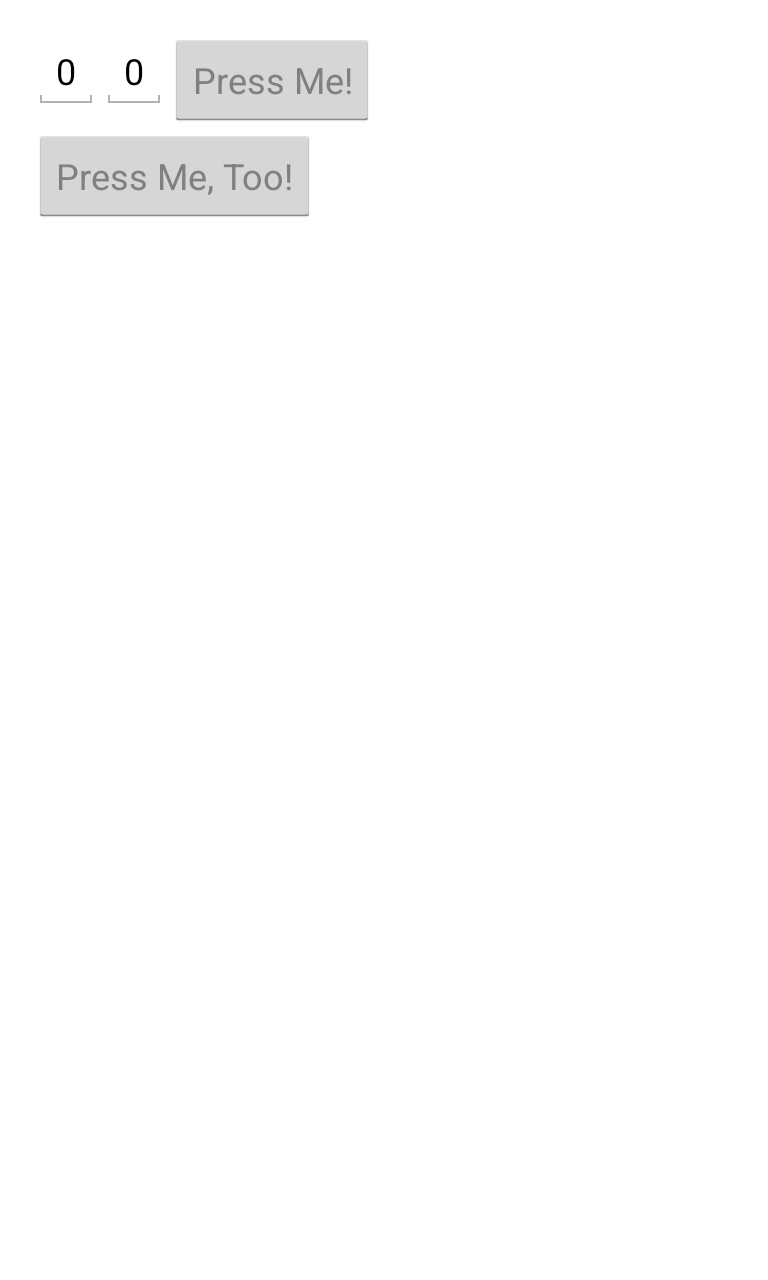
Repository: radupoenaru1992/Model
Layout: PracticalTest01/res/layout/activity_practical_test01_main.xml
An editor plug-in stored every save of this project. The layout is shown before and after the next save, followed by the edit.
It is drawn on a 768 x 1280 px phone screen (xhdpi) without system bars, with theme AppTheme; the app's code is not run.

Above is the layout before, as saved 2015-03-29 17:18:01.

### PracticalTest01/res/layout/activity_practical_test01_main.xml
<LinearLayout xmlns:android="http://schemas.android.com/apk/res/android"
    xmlns:tools="http://schemas.android.com/tools"
    android:layout_width="match_parent"
    android:layout_height="match_parent"
    android:paddingBottom="@dimen/activity_vertical_margin"
    android:paddingLeft="@dimen/activity_horizontal_margin"
    android:paddingRight="@dimen/activity_horizontal_margin"
    android:paddingTop="@dimen/activity_vertical_margin"
    tools:context=".PracticalTest01MainActivity"
    android:orientation="vertical">

    <LinearLayout
        android:layout_width="wrap_content"
    	android:layout_height="wrap_content"
    	android:id="@+id/llaySt"
        >

        <EditText
           android:layout_width="0dp"
           android:layout_height="wrap_content"
           android:id="@+id/etSt"
           android:text="0"
           android:gravity="center"
           android:layout_weight="1"
           />

        <EditText
           android:layout_width="0dp"
           android:layout_height="wrap_content"
           android:id="@+id/etDr"
           android:text="0"
           android:gravity="center"
           android:layout_weight="1"
           />

        <Button
            android:layout_width="wrap_content"
            android:layout_height="wrap_content"
            android:id="@+id/bSt"
            android:hint="Press Me!"
            android:layout_gravity="center"/>

    </LinearLayout>

    <LinearLayout
        android:layout_width="wrap_content"
    	android:layout_height="wrap_content"
    	android:layout_weight="1"
    	android:id="@+id/llayDr"
    	android:orientation="vertical"

        >



        <Button
            android:layout_width="wrap_content"
            android:layout_height="wrap_content"
            android:id="@+id/bDr"
            android:hint="Press Me, Too!"
            android:layout_gravity="center"/>

    </LinearLayout>

</LinearLayout>

Loaded but not shown: PracticalTest01/res/values/styles.xml (common file); PracticalTest01/res/values-v11/styles.xml (common file); PracticalTest01/res/values-v14/styles.xml (common file); PracticalTest01/res/values/dimens.xml (common file)

After the next save:
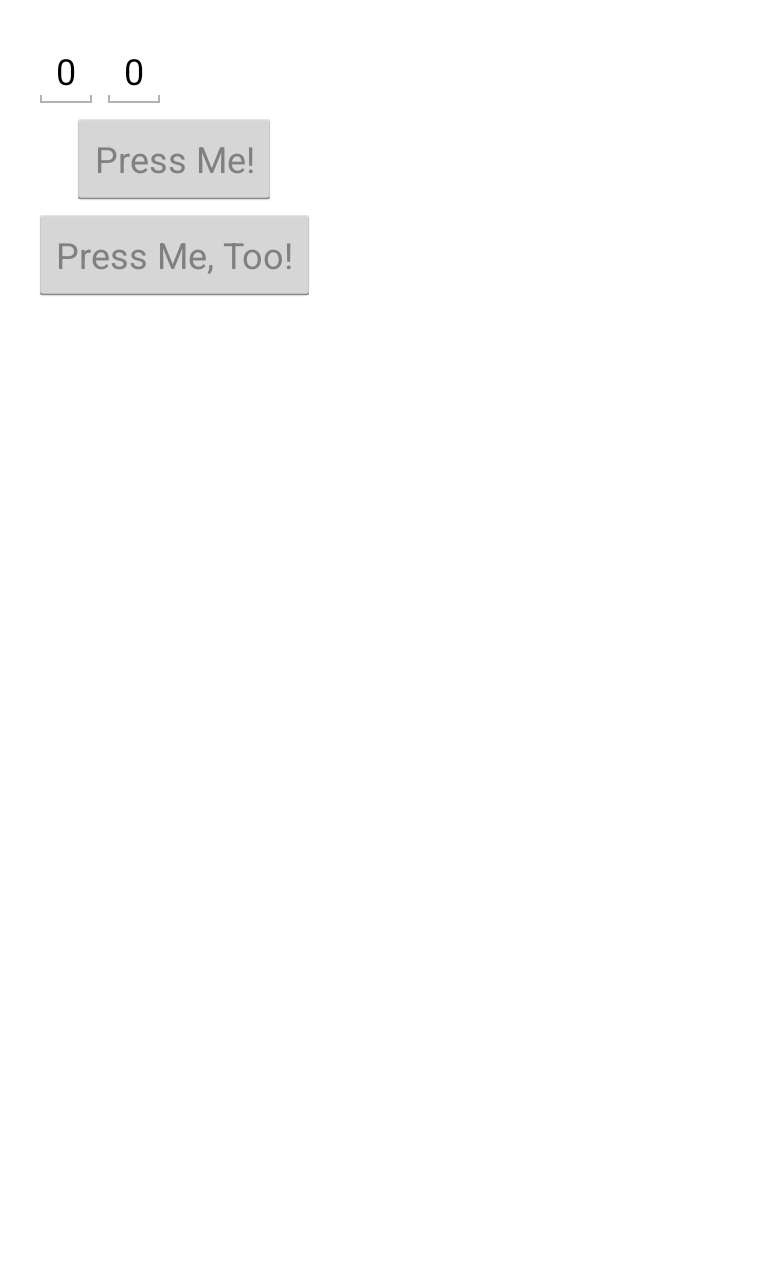
Saved 28 s later.
--- a/PracticalTest01/res/layout/activity_practical_test01_main.xml
+++ b/PracticalTest01/res/layout/activity_practical_test01_main.xml
@@ -33,13 +33,6 @@
            android:layout_weight="1"
            />
 
-        <Button
-            android:layout_width="wrap_content"
-            android:layout_height="wrap_content"
-            android:id="@+id/bSt"
-            android:hint="Press Me!"
-            android:layout_gravity="center"/>
-
     </LinearLayout>
 
     <LinearLayout
@@ -51,7 +44,12 @@
 
         >
 
-
+        <Button
+            android:layout_width="wrap_content"
+            android:layout_height="wrap_content"
+            android:id="@+id/bSt"
+            android:hint="Press Me!"
+            android:layout_gravity="center"/>
 
         <Button
             android:layout_width="wrap_content"
